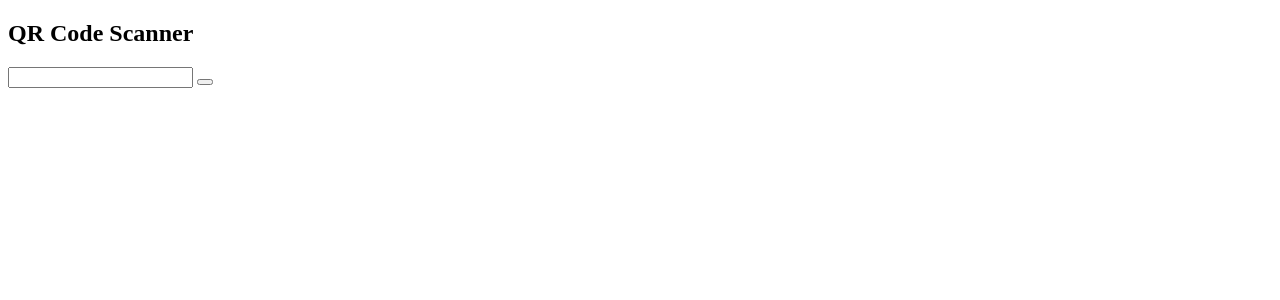
Repository: JunaidAnsari202/QR-Scanner
Page: index.html
An editor plug-in stored every save of this project. The page is shown before and after a run of saves, followed by the edit.
The browser window is 1280 px wide. The pictures show the whole page.

Above is the page before, as saved 2024-10-12 12:06:03.

After the next 6 saves:
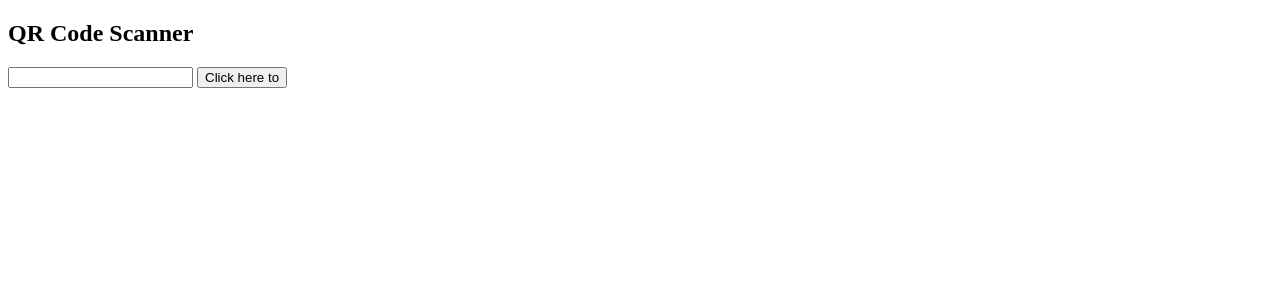
The 6 saves are shown as one change because they came seconds apart.
The last was saved 18 s later.
--- a/index.html
+++ b/index.html
@@ -9,7 +9,7 @@
     <div class="qr-container">
         <h2>QR Code Scanner</h2>
         <input type="text" id="qr-input">
-        <button id="qr-button"></button>
+        <button id="qr-button">Click here to </button>
         <img src="" alt="" id="qr-img">
     </div>
 </body>
